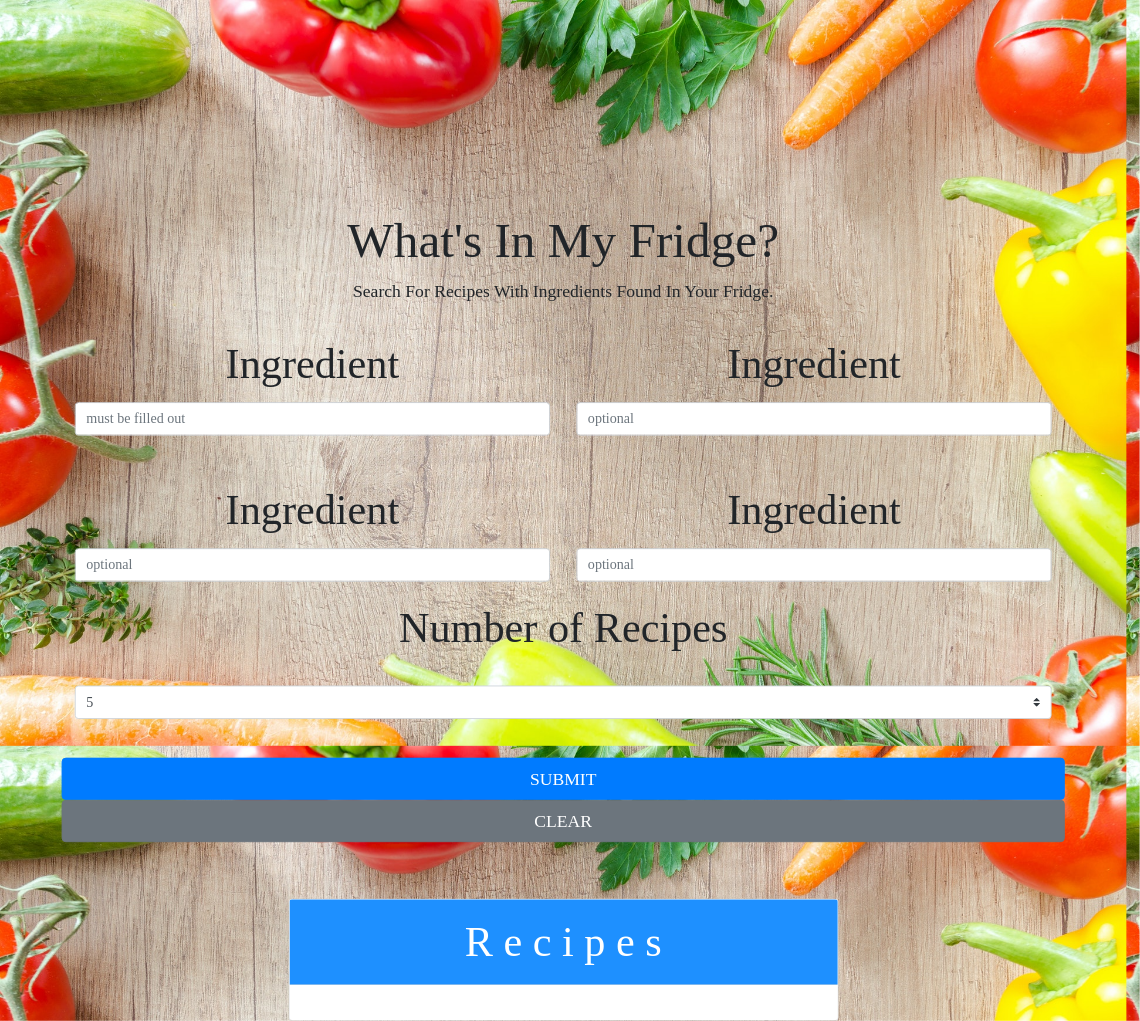
Repository: ogipajic/Recipe_API
Page: index.html
The author's editor kept a copy of each file at every save. The page is drawn from the files as they stood at one save, then again after the next save.
The browser window is 1280 px wide. The page is 1295 px wide, so the pictures cover 1295 px, including what lies to the right of the window. The pictures show the whole page, at 88% of full size.
Backgrounds fixed to the window are drawn as part of the page. Some web fonts or font styles are not loaded; a fallback is used.

Above is the page before, as saved 2020-07-13 13:27:42.
Console error: SyntaxError: Unexpected end of input

### index.html
<!DOCTYPE html>
<html lang="en">
<head>
    <meta charset="UTF-8">
    <meta name="viewport" content="width=device-width, initial-scale=1.0">
    <script
  src="https://code.jquery.com/jquery-3.5.1.min.js"
  integrity="sha256-9/aliU8dGd2tb6OSsuzixeV4y/faTqgFtohetphbbj0="
  crossorigin="anonymous"></script>

  <link rel="stylesheet" href="https://stackpath.bootstrapcdn.com/bootstrap/4.5.0/css/bootstrap.min.css" integrity="sha384-9aIt2nRpC12Uk9gS9baDl411NQApFmC26EwAOH8WgZl5MYYxFfc+NcPb1dKGj7Sk" crossorigin="anonymous">
  <link rel="stylesheet" href="stylesheet.css">
  <link href="https://fonts.googleapis.com/css2?family=Annie+Use+Your+Telescope&family=Lemon&display=swap" rel="stylesheet">

  <title>What's In My Fridge?</title>

  <!-- Fixes issue of text extending past card length-->

  <style>
      .card-body a {
          word-break: break-all;
      }

      .recipeHeadLine {
          line-height: 1.5;
      }
  </style>
</head>
<body>
    <div class="header">

      <h1 class="display-4">What's In My Fridge?</h1>
      <p class="lead">Search For Recipes With Ingredients Found In Your Fridge.</p>
            </div>
          </div>
     <div class="container">
     <form>
          <div class="row">
              <div class="col-sm-6">
        <div class="form-group">
          <label for="exampleFormControlInput1">Ingredient</label>
          <input type="text" class="form-control" id="exampleFormControlInput1" placeholder="must be filled out">
        </div>
              </div>
              <div class="col-sm-6">
        <div class="form-group">
            <label for="exampleFormControlInput1">Ingredient</label>
            <input type="text" class="form-control" id="exampleFormControlInput1" placeholder="optional">
          </div>
          </div>
        </div>
        <div class="row">
            <div class="col-sm-6">
          <div class="form-group">
            <label for="exampleFormControlInput1">Ingredient</label>
            <input type="text" class="form-control" id="exampleFormControlInput1" placeholder="optional">
          </div>
        </div>
        <div class="col-sm-6">
          <div class="form-group">
            <label for="exampleFormControlInput1">Ingredient</label>
            <input type="text" class="form-control" id="exampleFormControlInput1" placeholder="optional">
          </div>
          </div>
          </div>
        </div>
      </div>
      </form>


    <div class="container">
        <div class="form-group">
            <label for="pwd">Number of Recipes</label>
            <select id="recipe-count" class="custom-select" aria-labelledby="dropdownMenuButton">
              <option selected value="1">1</option>
              <!-- Setting the option for 5 as default -->
              <option value="5" selected>5</option>
              <option value="10">10</option>
            </select>
          </div>

        <div class="row">
            <!--Using type="submit" allows the user to hit enter as well as click submit-->

            <button type="submit" id="getRecipe" class="btn btn-primary btn-lg btn-block">SUBMIT</button>
            <p id="results"></p>
            <button type="button" id="clearBtn" class="btn btn-secondary btn-lg btn-block">CLEAR</button>
            </div>
        </div>
    </div>

  <div class="row">
    <div class="col-6 recipes-placeholder">
      <section class="row">
        <div class="col-md-12">

          <div class="card">
            <div class="card-header">
              <i class="fa fa-table"></i>R  e  c  i  p  e  s
            </div>

            <article class="card-body" id="recipe-section">
            </article>
          </div>
        </div>
      </section>
    </div>

 <script src="script.js"></script>
 <script src="ncscript.js"></script>
 <script src="https://ajax.googleapis.com/ajax/libs/jquery/3.4.1/jquery.min.js"></script>
 <script src="https://code.jquery.com/jquery-3.5.1.slim.min.js" integrity="sha384-DfXdz2htPH0lsSSs5nCTpuj/zy4C+OGpamoFVy38MVBnE+IbbVYUew+OrCXaRkfj" crossorigin="anonymous"></script>
 <script src="https://cdn.jsdelivr.net/npm/popper.js@1.16.0/dist/umd/popper.min.js" integrity="sha384-Q6E9RHvbIyZFJoft+2mJbHaEWldlvI9IOYy5n3zV9zzTtmI3UksdQRVvoxMfooAo" crossorigin="anonymous"></script>
 <script src="https://stackpath.bootstrapcdn.com/bootstrap/4.5.0/js/bootstrap.min.js" integrity="sha384-OgVRvuATP1z7JjHLkuOU7Xw704+h835Lr+6QL9UvYjZE3Ipu6Tp75j7Bh/kR0JKI" crossorigin="anonymous"></script>
</body>
</html>

### stylesheet.css
/* Body font style and font size */
body {
    font-size: 3rem;
    font-family: 'Annie Use Your Telescope', cursive;
    background-image: url(Assets/carrots-food-fresh-freshness-616404.jpg);
    background-position: center center;
    background-repeat: no-repeat;
    background-attachment: fixed;
    background-size: cover;
}

/* Font and image within jumbotron */
.header {
    text-align: center;
    margin-top: 15rem;
    font-size: 70px;
}

/* Search Results Text */
.panel-heading {
    margin-top: 2rem;
    text-align: center;
}

/* Results Area -XXXX */
.panel-body {
    text-align: center;
}

.panel-title {
    font-size: 45px;
}

.row {
    margin-top: 2rem;
    display: flex;
    justify-content: center;
}

.card-header {
    background-color: dodgerblue;
    color: white;
}

.card-header {
    text-align: center;
}

.container {
    text-align: center;
}

  @media screen and (max-width: 768px) {
    .container {
      width:100%;
      margin:0;
      border-radius:0;

    }
  }

### ncscript.js
$(document).ready(function() {
	console.log("Lets Eat!");
});

var title = "";
var summaryObj = {};
var extendedIngredients = "";
var instructions = "";
var sourceURL = "";
var image = "";

function updatePage(recipeObj) {

	clear()

var numRecipes = "";

for (var i=0; i < numRecipes; i++) {
	title = recipeObj.items.result[i].title;
	//summary = recipeObj.items.result[i].summary;
	extendedIngredients = recipeObj.items.result[i].extendedIngredients;
	instructions = recipeObj.items.result[i].instructions;
	sourceURL = recipeObj.items.result[i].sourceURL;
	image = recipeObj.items.result[i].label

	var displayObj = [];

	displayObj[i] = {
		'title': title,
		'extendedIngredients': extendedIngredients,
		'instructions': instructions,
		'url': '',
		'image': image,
	}
	summaryObj.push = displayObj[i];

	var $recipeList = $("<ul>");
	$recipeList.addClass("list-group");

	$("#recipeSection").append($recipeList);

	var $recipeListItem = $("<li class='list-group-item recipeHeadline'>");

	if (title) {
		$recipeListItem.append(
			"<span class='label label-primary'>" +
			"</span>" + title
		);
	}

	if (summaryObj) {
		$recipeListItem.append("<h5>Summary: " + summaryObj + "</h5>");
	}

	$recipeList.append($recipeListItem);
}

	function clear() {
	var title = "";
	var summaryObj = {};
	var extendedIngredients = "";
	var instructions = "";
	var sourceURL = "";
	var image = "";
	$("#recipeSection").empty();
}

function init() {
	renderRecipes();

	$("#getRecipe").click(function(event) {
		event.preventDefault();
		console.log("Search For Food!");

		var title = $("#search-Btn").val().trim();

		if (title === "") {
			return;
		}

		var settings = {
			"async": true,
			"crossDomain": true,
			"url": "https://spoonacular-recipe-food-nutrition-v1.p.rapidapi.com/recipes/random?number=",
			"method": "GET",
			"headers": {
				"x-rapidapi-host": "spoonacular-recipe-food-nutrition-v1.p.rapidapi.com",
				"x-rapidapi-key": "ac032b7765msh7b7ea8d251892bbp18630ejsnfccfef5696ae"
			}
		}

		$.ajax(settings).done(function (response) {
			console.log(response);
	});

Loaded but not shown: script.js (no stored copy; drawn as an empty file)

After the next save:
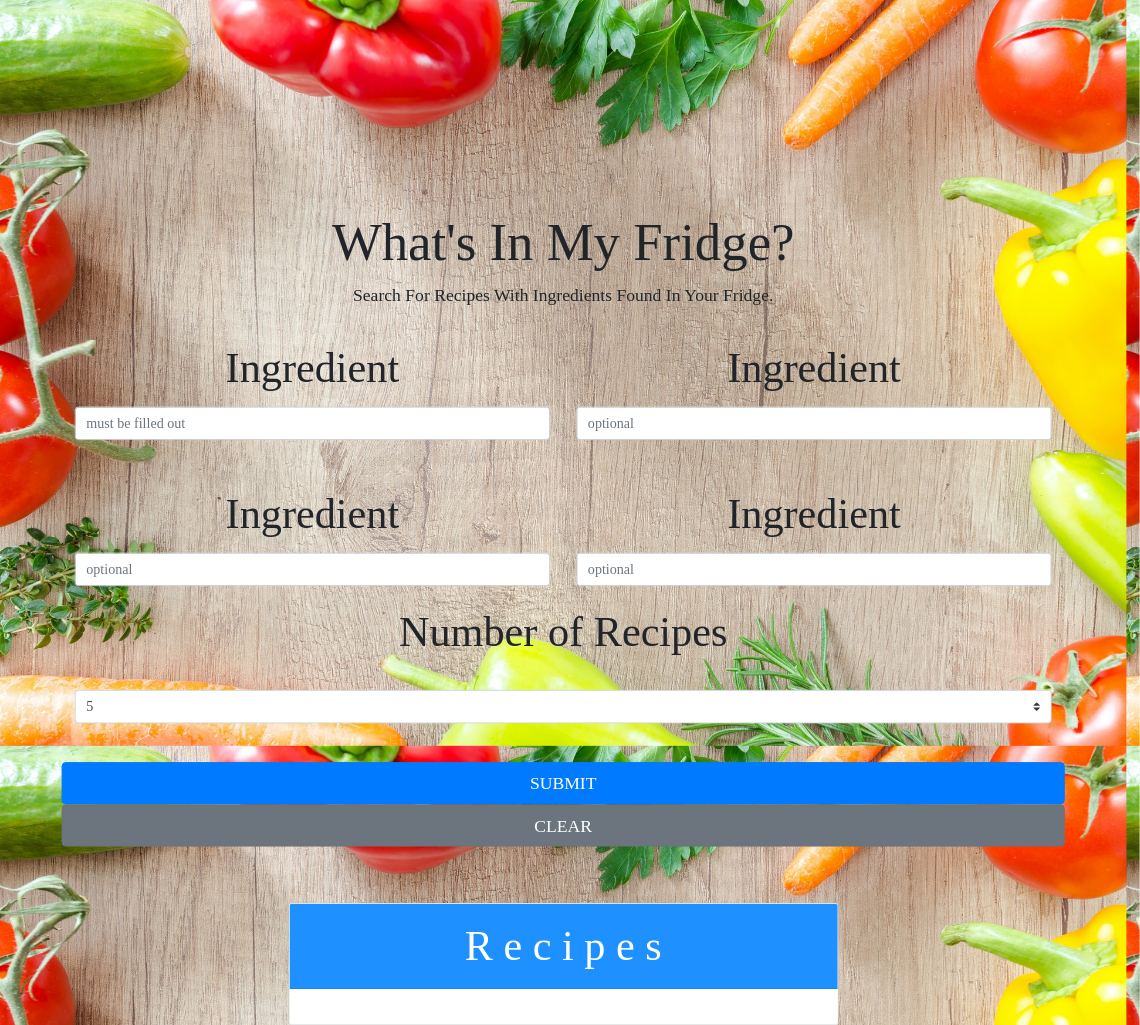
Saved 39 s later.
--- a/stylesheet.css
+++ b/stylesheet.css
@@ -13,9 +13,11 @@
 .header {
     text-align: center;
     margin-top: 15rem;
-    font-size: 70px;
 }
 
+.display-4 {
+    font-size: 60px;
+}
 /* Search Results Text */
 .panel-heading {
     margin-top: 2rem;

After the save that followed:
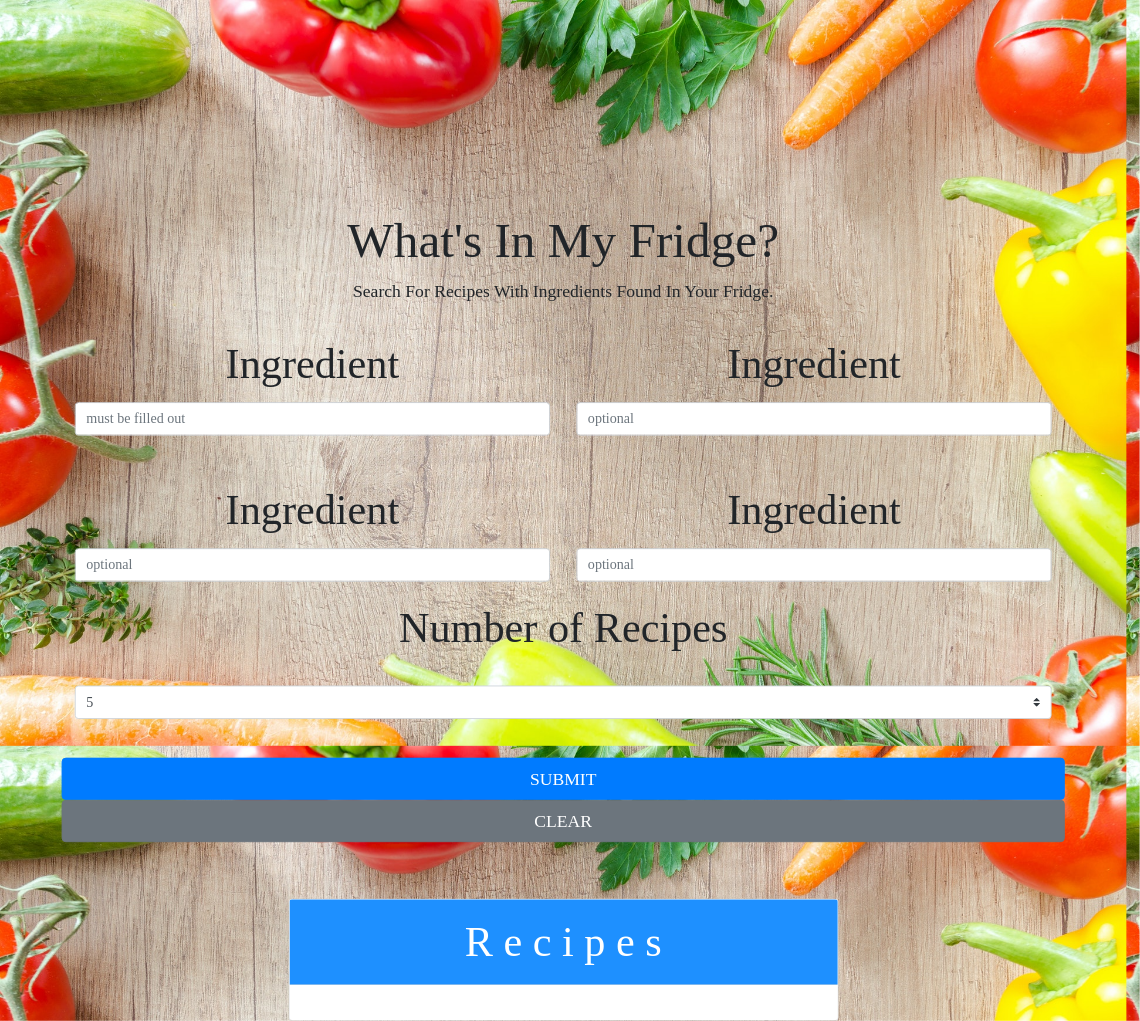
Saved 51 s later.
--- a/stylesheet.css
+++ b/stylesheet.css
@@ -15,7 +15,7 @@
     margin-top: 15rem;
 }
 
-.display-4 {
+.h1 {
     font-size: 60px;
 }
 /* Search Results Text */
